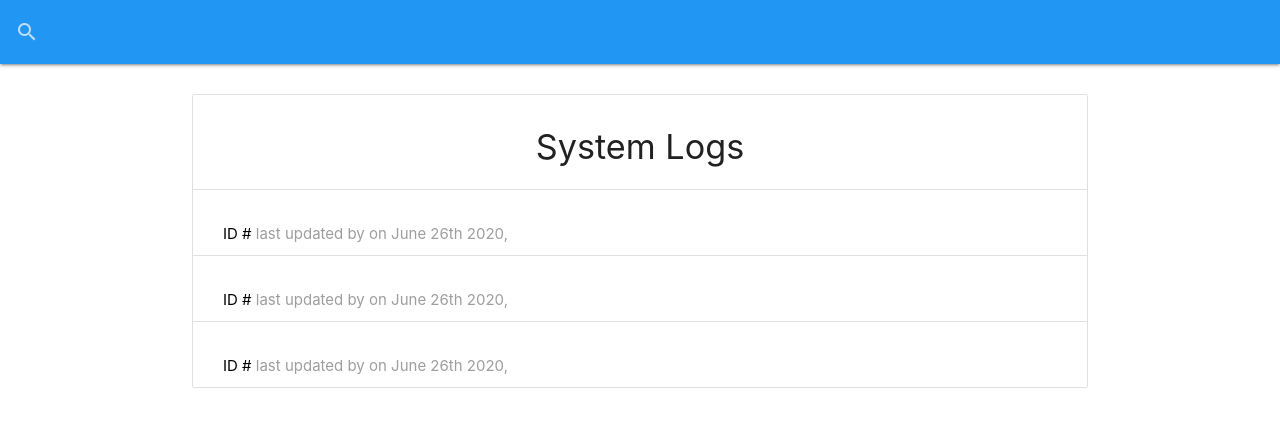
Repository: chinmayparab/log-keeper
Page: /
These files come from the project's save history. The page is drawn as it stood at one moment and after the next save; the edit follows.
The browser window is 1280 px wide. The pictures show the whole page.
The project was rebuilt for these pictures with package versions that can differ from the ones it lists, and the page was loaded fresh each time. Requests to the local data server were answered from the project's data file. Also part of the build but not shown: src/App.css.

Above is the page before, as saved 2020-06-26 23:56:21.

After the next save:
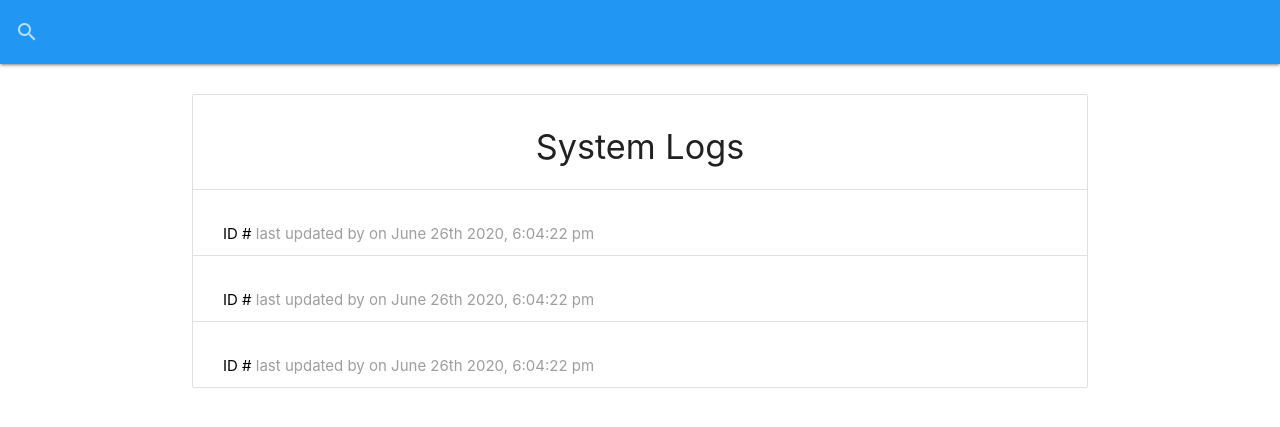
Saved 11 s later.
--- a/src/components/logs/LogItem.js
+++ b/src/components/logs/LogItem.js
@@ -16,7 +16,7 @@ const LogItem = (log) => {
         <span className='grey-text'>
           <span className='black-text'>ID #{log.id}</span> last updated by {""}
           <span className='black-text'>{log.tech}</span> on{" "}
-          <Moment format='MMMM Do YYYY,'></Moment>
+          <Moment format='MMMM Do YYYY, h:mm:ss a'></Moment>
         </span>
       </div>
     </li>
